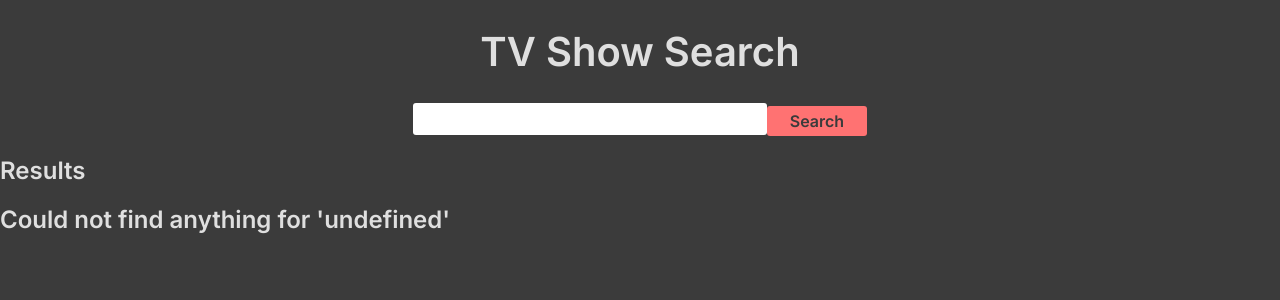
Repository: shayanabedi98/tv-search-react
Page: /, after clicking the first element matching `button`
These files come from the project's save history. The page is drawn as it stood at one moment and after the next save; the edit follows.
The browser window is 1280 px wide. The pictures show the whole page.
The project was rebuilt for these pictures with package versions that can differ from the ones it lists, and the page was loaded fresh each time. Also part of the build but not shown: vite.config.js.

Above is the page before, as saved 2024-01-02 02:50:53.

After the next save:
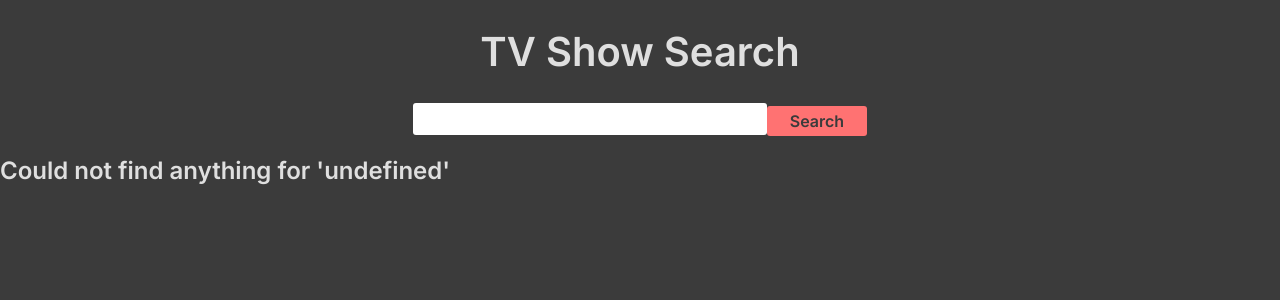
Saved 63 s later.
--- a/src/List.jsx
+++ b/src/List.jsx
@@ -3,7 +3,7 @@ import React from "react";
 const List = ({ showList, result, input }) => {
   return (
     <div className="list-container">
-      {result && <h2>Results</h2>}
+      {(result && input) && <h2>Results</h2>}
       {(result && !input) && <h2>{`Could not find anything for '${input}'`}</h2>}
       <div className="list">
         {showList.length > 0 &&
